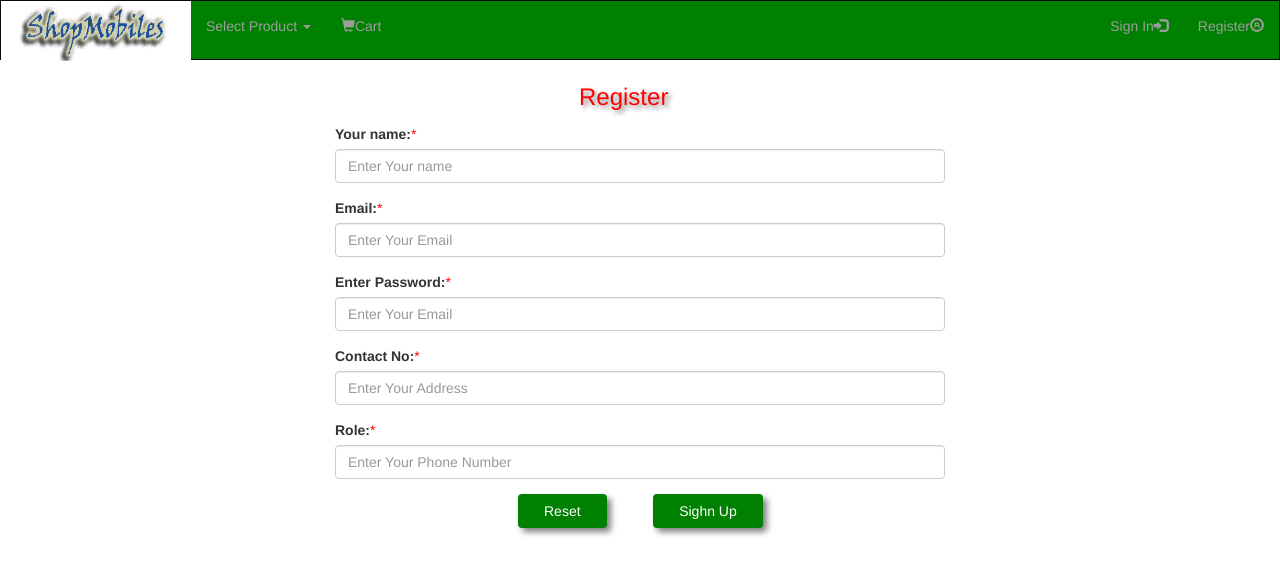
Repository: KoustabhBiswas/Final-Ecommerce-Project
Page: http://localhost/ecommerce1/WEB-INF/views/register.jsp
The author's editor kept a copy of each file at every save. The page is drawn from the files as they stood at one save, then again after the next save.
The browser window is 1280 px wide. The pictures show the whole page.
Some web libraries are served in a nearby version. The page is served by Tomcat 9. Nobody is signed in. The template is opened directly, without the code that normally fills it, so the values that code supplies are empty.

Above is the page before, as saved 2017-09-17 12:20:39.

After the next save:
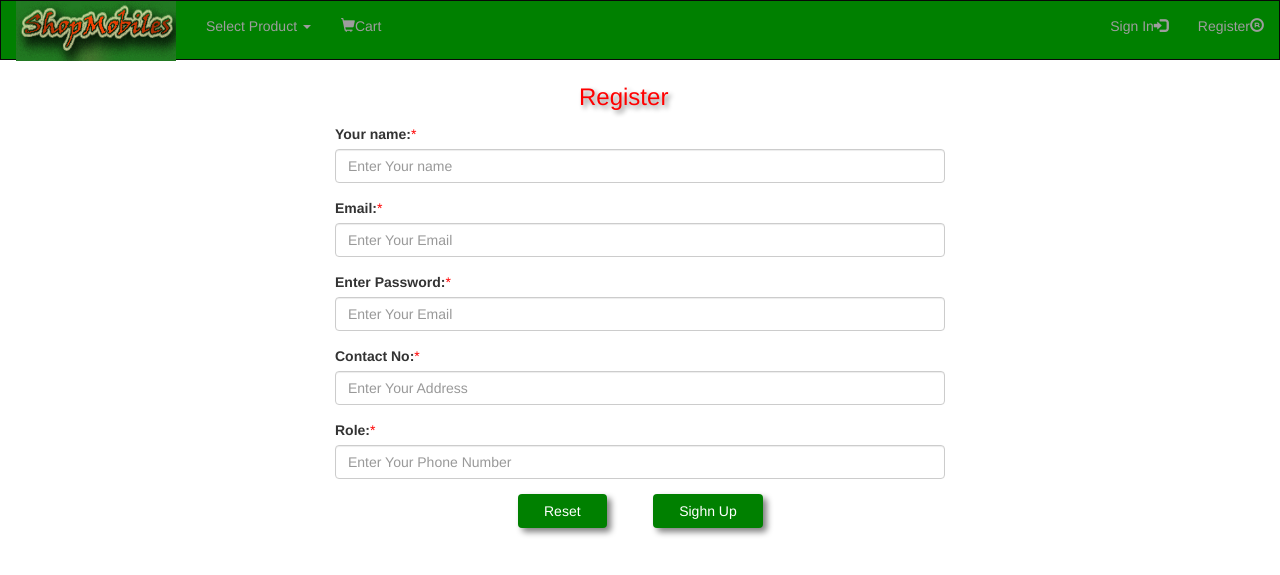
Saved 24 min 32 s later.
--- a/Final Ecommerce Project/Ecommerce_Project-master/project/ecommerce1/src/main/webapp/WEB-INF/views/shared/navbar.jsp
+++ b/Final Ecommerce Project/Ecommerce_Project-master/project/ecommerce1/src/main/webapp/WEB-INF/views/shared/navbar.jsp
@@ -15,8 +15,8 @@ nav {
 		style="background-color: green; border-radius: 0px; color: white; height:60px">
 		<div class="container-fluid">
 			<div class="navbar-header" >
-				<a class="navbar-brand" href="home" style="background-color:white; height:59px"><img
-					src="<c:url value="/resources/images/shopmobiles4.jpg" />" height=60px width=160px style="margin-top:-9.5%"></a>
+				<a class="navbar-brand" href="home" style=" height:59px"><img
+					src="<c:url value="/resources/images/final.jpg" />" height=60px width=160px style="margin-top:-9.5%"></a>
 			</div>
 			<ul class="nav navbar-nav">
 
